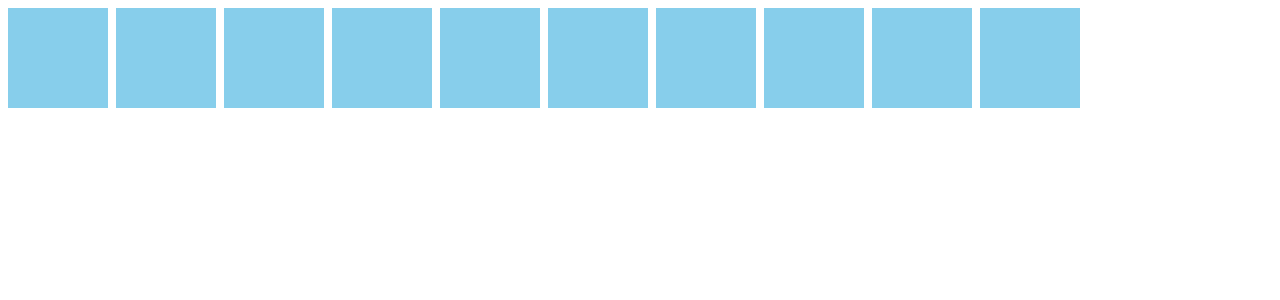
Repository: taekowithrowgit/backend
Page: environment/JS/index.html
The author's editor kept a record of every edit. The page is drawn from the files as they stood at one moment, then again after the next edit.
The browser window is 1280 px wide. The pictures show the whole page.

Above is the page before.

### environment/JS/index.html
<! DOCTYPE html>
    <html lang="ja">

    <head>
    <meta charst="utf-8">

    <title>Javascript Practice</title>

    <!--BOXクラスに対して、スタイルをつけていく-->

    <style>

        body {
        display:flex;
        flex-wrap: wrap;
        }

        .box {
        width: 100px;
        height: 100px;
        background-color: skyblue;
        cursor: pointer;
        transition: 0.3s;
        margin: 0 8px 8px 0;

        }

        .circle {
        background: pink;
        border-radius: 50%;
        transform: rotate(360deg);
        }

    </style>
    </head>
    <body>
        <script>

              "use strict";

              for (let i = 0; i < 10; i++ ) {

                 const div = document.createElement("div");
                 div.classList.add("box");
                                div.addEventListener("click",() => {
                div.classList.toggle("circle")
                });

            document.body.appendChild(div);
          }



        </script>


    </body>

    </html>

After the next edit:
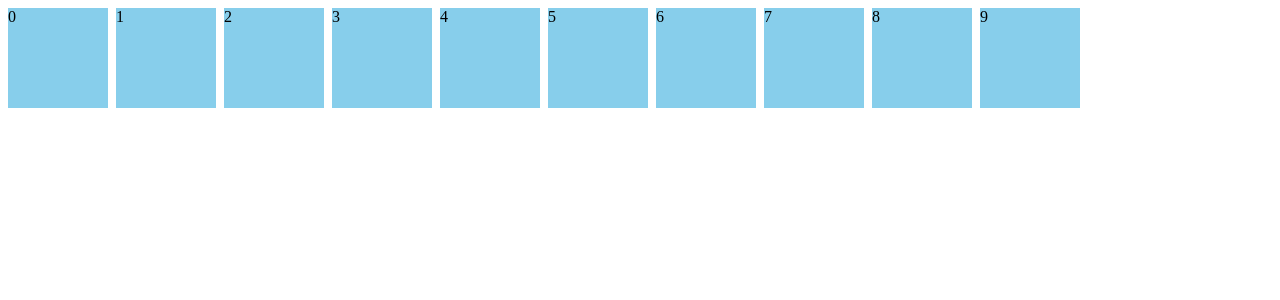
The edit:
--- a/environment/JS/index.html
+++ b/environment/JS/index.html
@@ -39,10 +39,10 @@
               "use strict";
 
               for (let i = 0; i < 10; i++ ) {
-
-                 const div = document.createElement("div");
-                 div.classList.add("box");
-                                div.addEventListener("click",() => {
+                const div = document.createElement("div");
+                div.classList.add("box");
+                div.textContent = i;
+                div.addEventListener("click",() => {
                 div.classList.toggle("circle")
                 });
 
